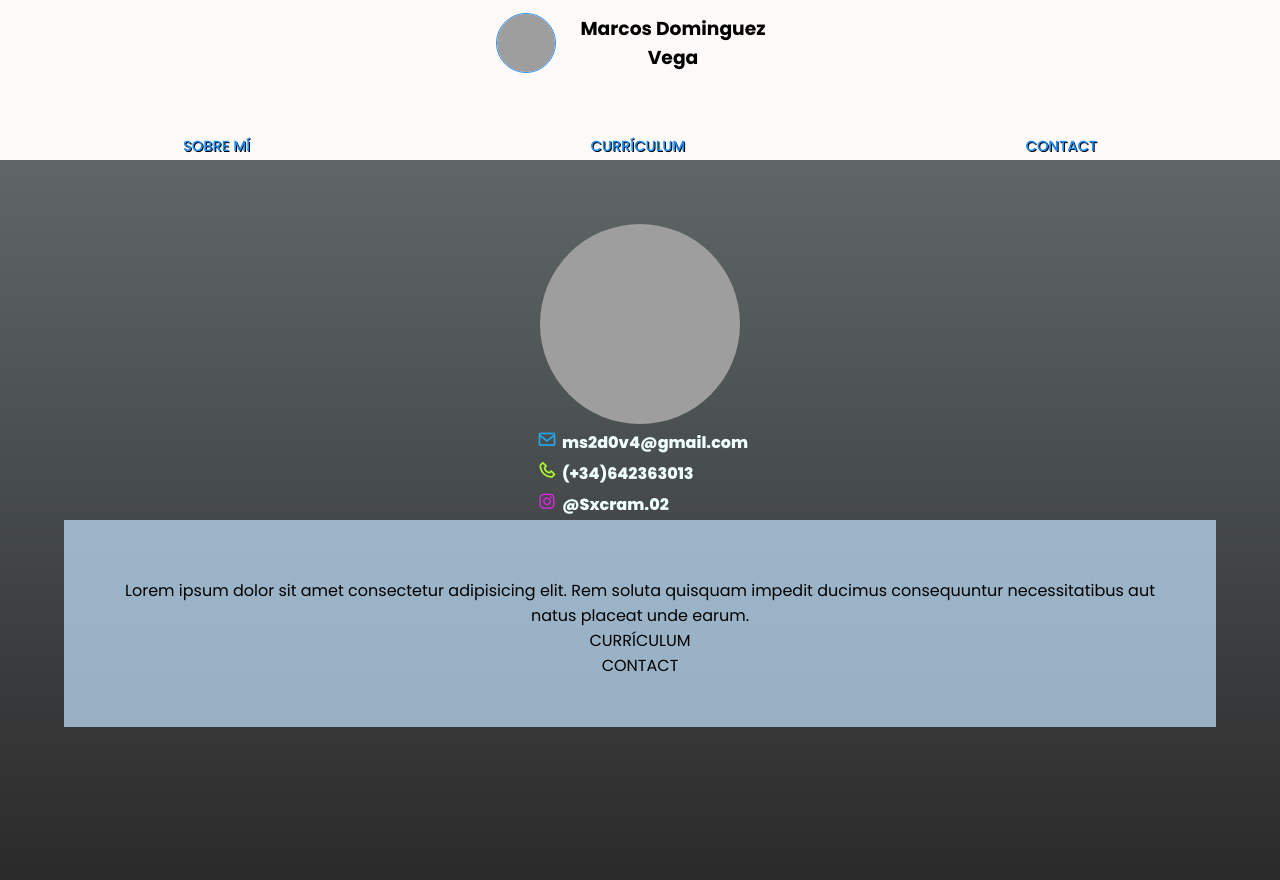
Repository: Sxcram02/Portfoliov.2
Page: index.html
An editor plug-in stored every save of this project. The page is shown before and after the next save, followed by the edit.
The browser window is 1280 px wide. The pictures show the whole page.
Pictures or frames that could not be fetched are drawn as grey boxes.

Above is the page before, as saved 2023-04-11 00:32:04.

After the next save:
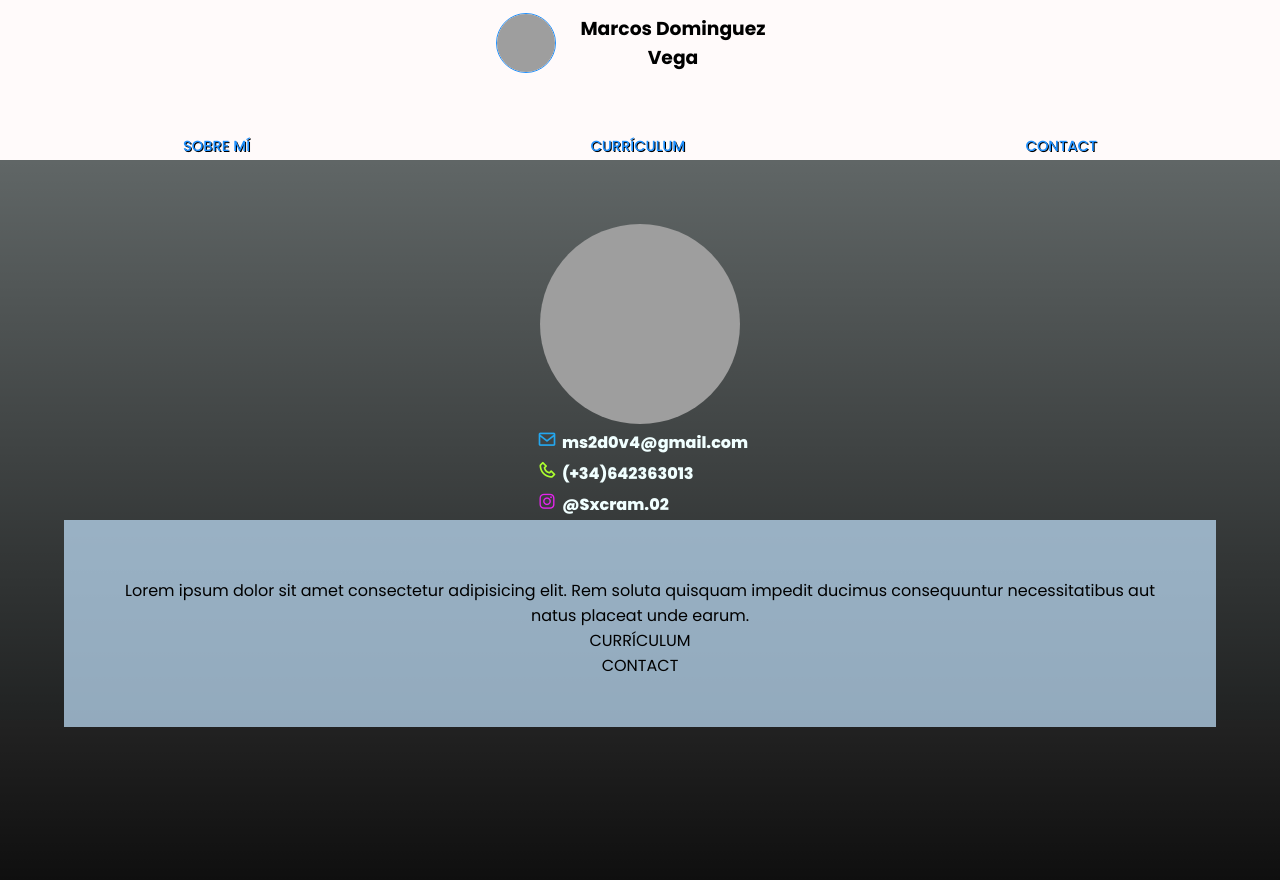
Saved 7 s later.
--- a/css/style.css
+++ b/css/style.css
@@ -79,7 +79,7 @@ main {
 .sobreMi {
     height: 100vh;
     padding: 5%;
-    background: linear-gradient(180deg,rgba(0, 0, 0, 0.599),rgba(0, 0, 0, 0.834));
+    background: linear-gradient(180deg,rgba(0, 0, 0, 0.599),rgba(0, 0, 0, 0.943));
     display: grid;
     grid-template-columns: 1,1fr;
     grid-template-rows: repeat(2,1fr);
